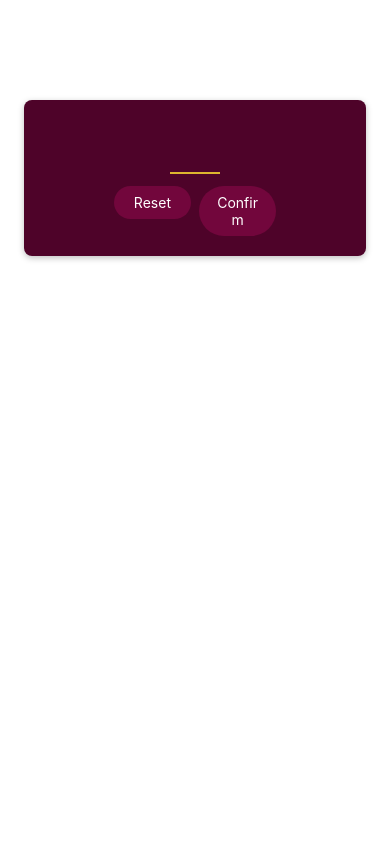
Repository: GarlicButterBoy/Number-Guessing-Game
Screen: /
These files come from the project's save history. The screen is drawn as it stood at one moment and after the next save; the edit follows.
The app was drawn by React Native's web renderer in a window 390 px wide. The project was rebuilt for these pictures with package versions that can differ from the ones it lists, and the page was loaded fresh each time.

Above is the screen before, as saved 2024-05-03 09:27:09.

After the next save:
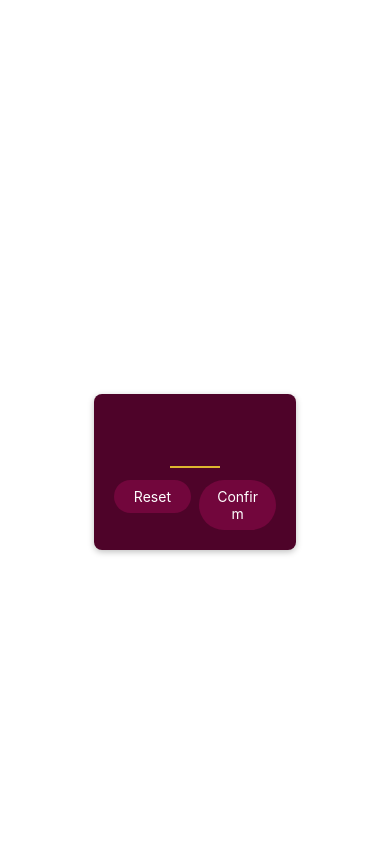
Saved 6 s later.
--- a/App.js
+++ b/App.js
@@ -3,7 +3,7 @@ import StartGameScreen from "./screens/StartGameScreen";
 
 export default function App() {
   return (
-    <View>
+    <View style={styles.rootScreen}>
       <StartGameScreen />
     </View>
   );
